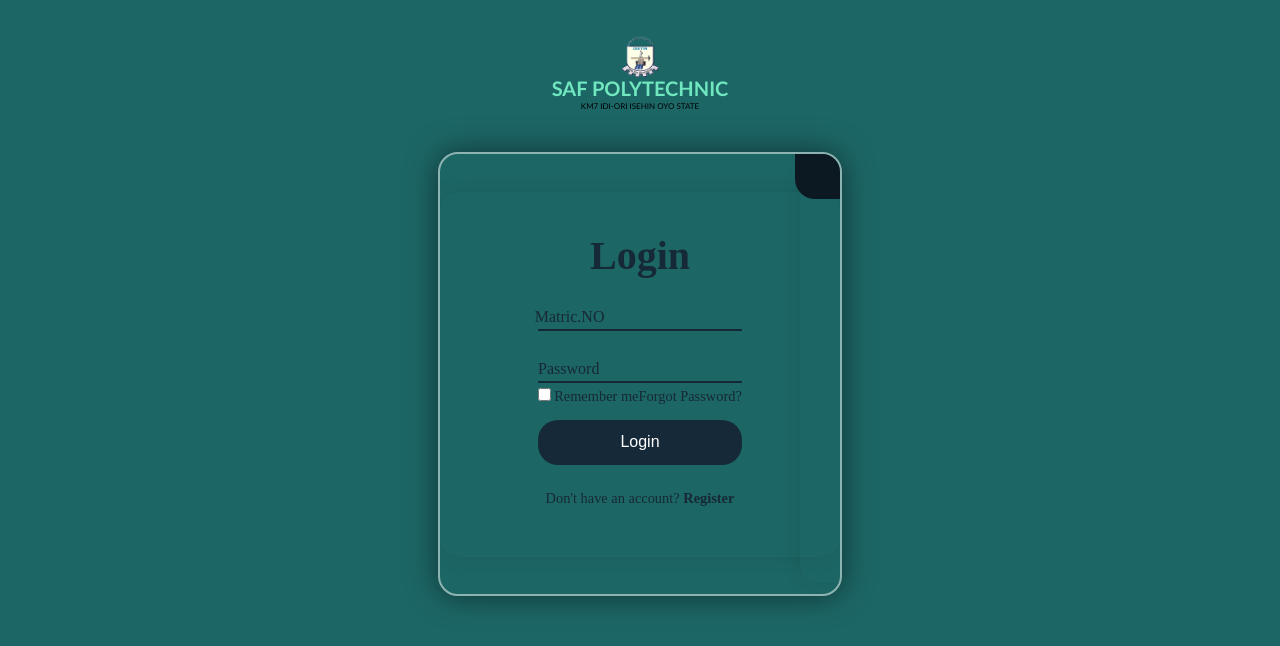
Repository: makinwademila/new-html
Page: index2.html
The author's editor kept a copy of each file at every save. The page is drawn from the files as they stood at one save, then again after the next save.
The browser window is 1280 px wide. The pictures show the whole page.
Some icons come from a web library that is not loaded, so they are not drawn.

Above is the page before, as saved 2025-04-12 00:35:24.
Console error: TypeError: Cannot read properties of null (reading 'addEventListener')

After the next save:
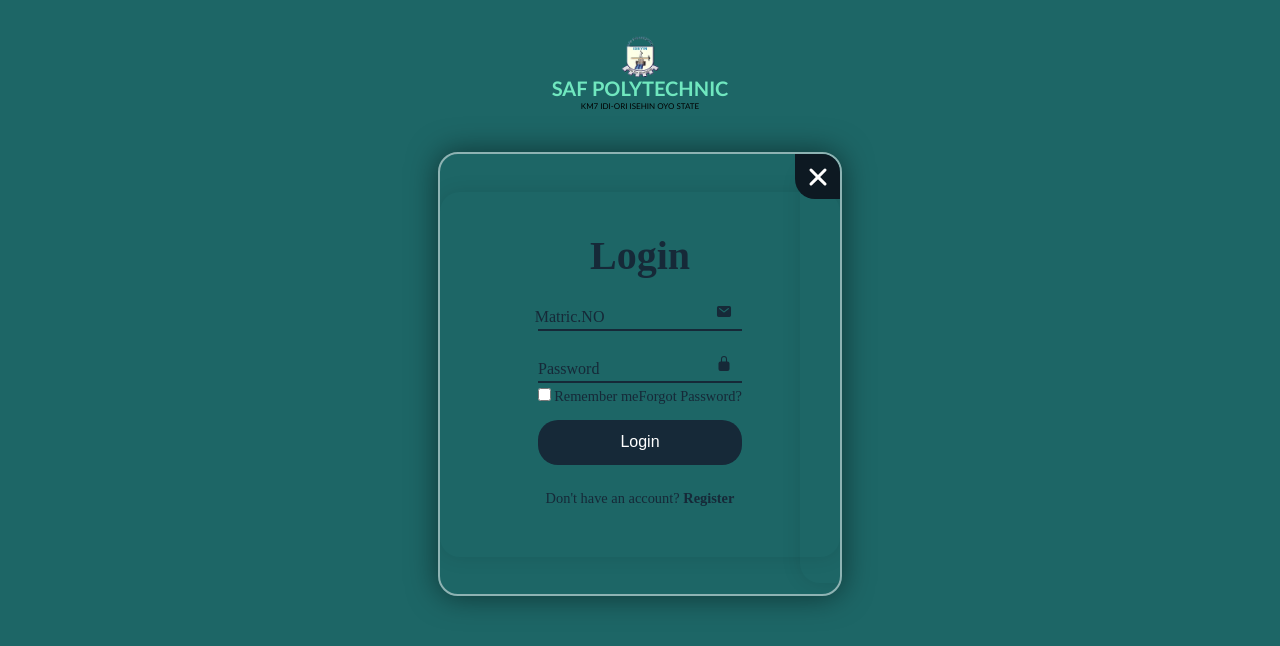
Saved 88 s later.
--- a/index2.html
+++ b/index2.html
@@ -87,7 +87,7 @@
     </div>
 
     <script type="module " src="https://unpkg.com/ionicons@7.1.0/dist/ionicons/ionicons.esm.js "></script>
-    <script nomodule src="https://unpkg.com/ionicons@7.1.0/dist/ionicons/ionicons.js "></script>
+    <script type="module" src="https://unpkg.com/ionicons@7.1.0/dist/ionicons/ionicons.js "></script>
     <script src="script2.js "></script>
 </body>
 
